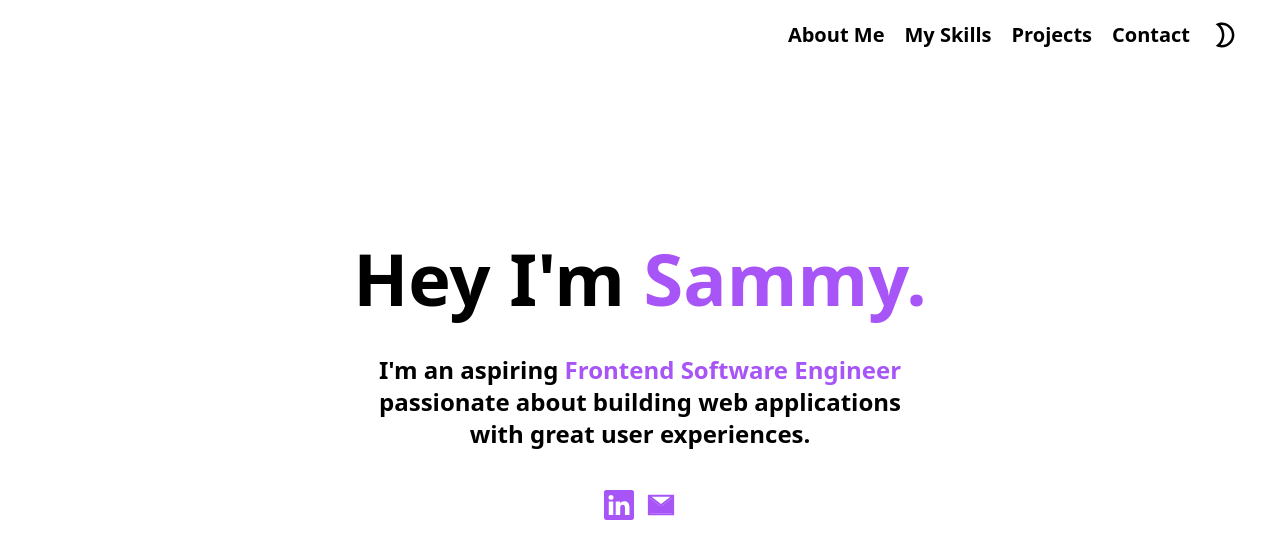
Repository: Al123Kudayyd/e-portfolio
Page: /
An editor plug-in stored every save of this project. The page is shown before and after the next save, followed by the edit.
The browser window is 1280 px wide. The pictures show the whole page.
The project was rebuilt for these pictures with package versions that can differ from the ones it lists, and the page was loaded fresh each time. The framework's server and built-in components were replaced by stand-ins that run in the browser. Also part of the build but not shown: next.config.js.

Above is the page before, as saved 2023-06-06 23:31:44.

After the next save:
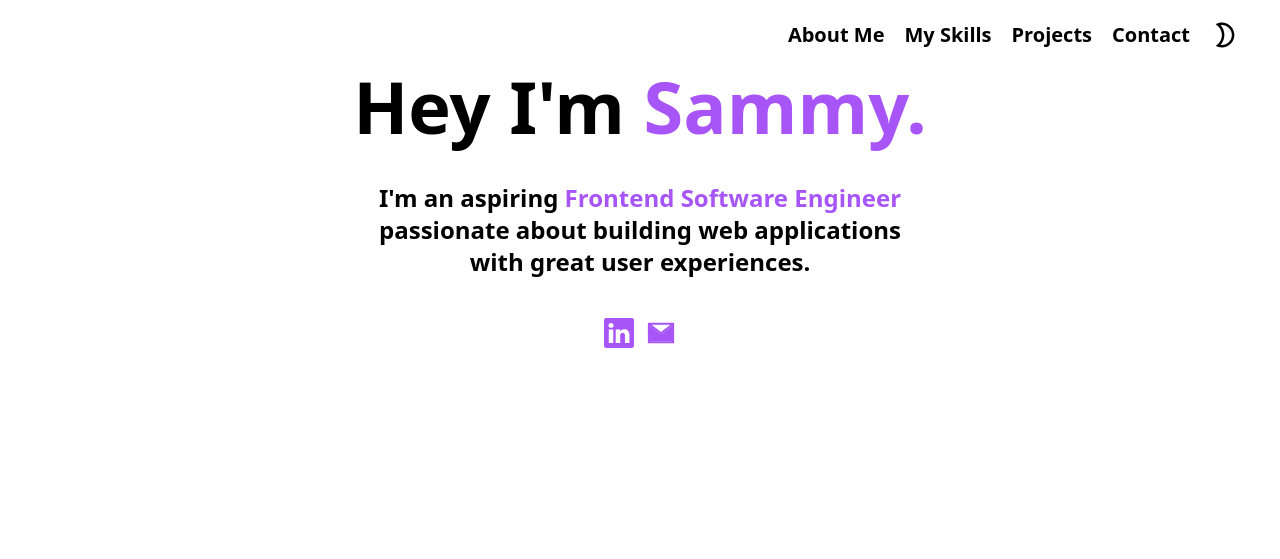
Saved 5 min 43 s later.
--- a/pages/index.tsx
+++ b/pages/index.tsx
@@ -7,7 +7,7 @@
   return (
     <>
       <Nav />
-      <div className="md:mt-48">
+      <div className="md:white">
         <Info />
         <div className="border-black h-16 w-16"></div>
       </div>

After the 2 saves that followed:
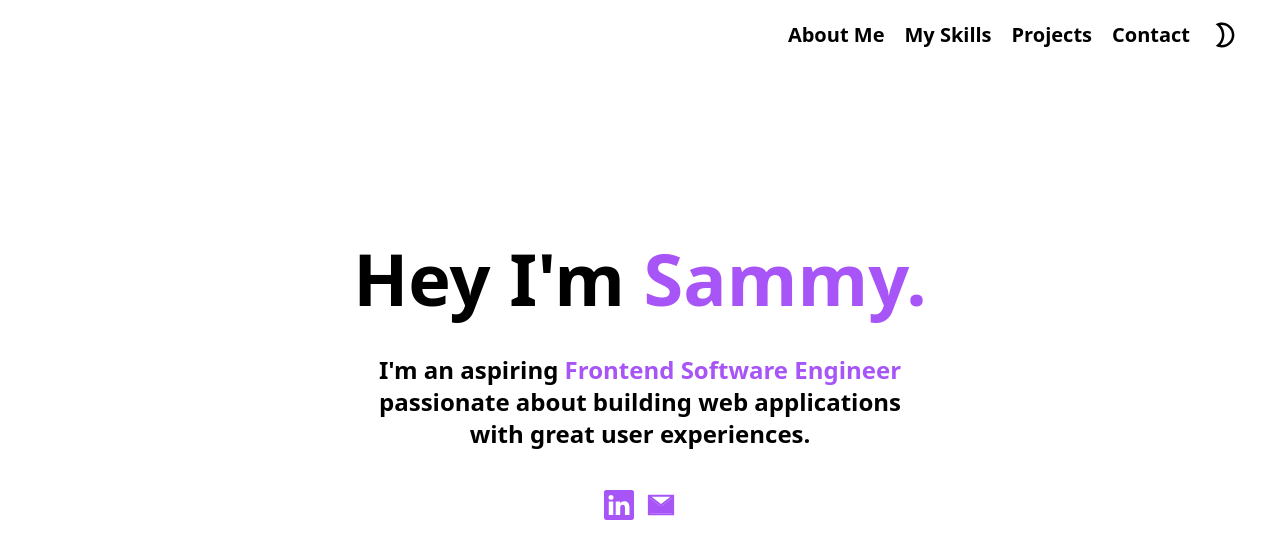
The 2 saves are shown as one change because 1 left the picture as it was.
The last was saved 24 s later.
--- a/pages/index.tsx
+++ b/pages/index.tsx
@@ -7,7 +7,7 @@
   return (
     <>
       <Nav />
-      <div className="md:white">
+      <div className="md:mt-48">
         <Info />
         <div className="border-black h-16 w-16"></div>
       </div>
